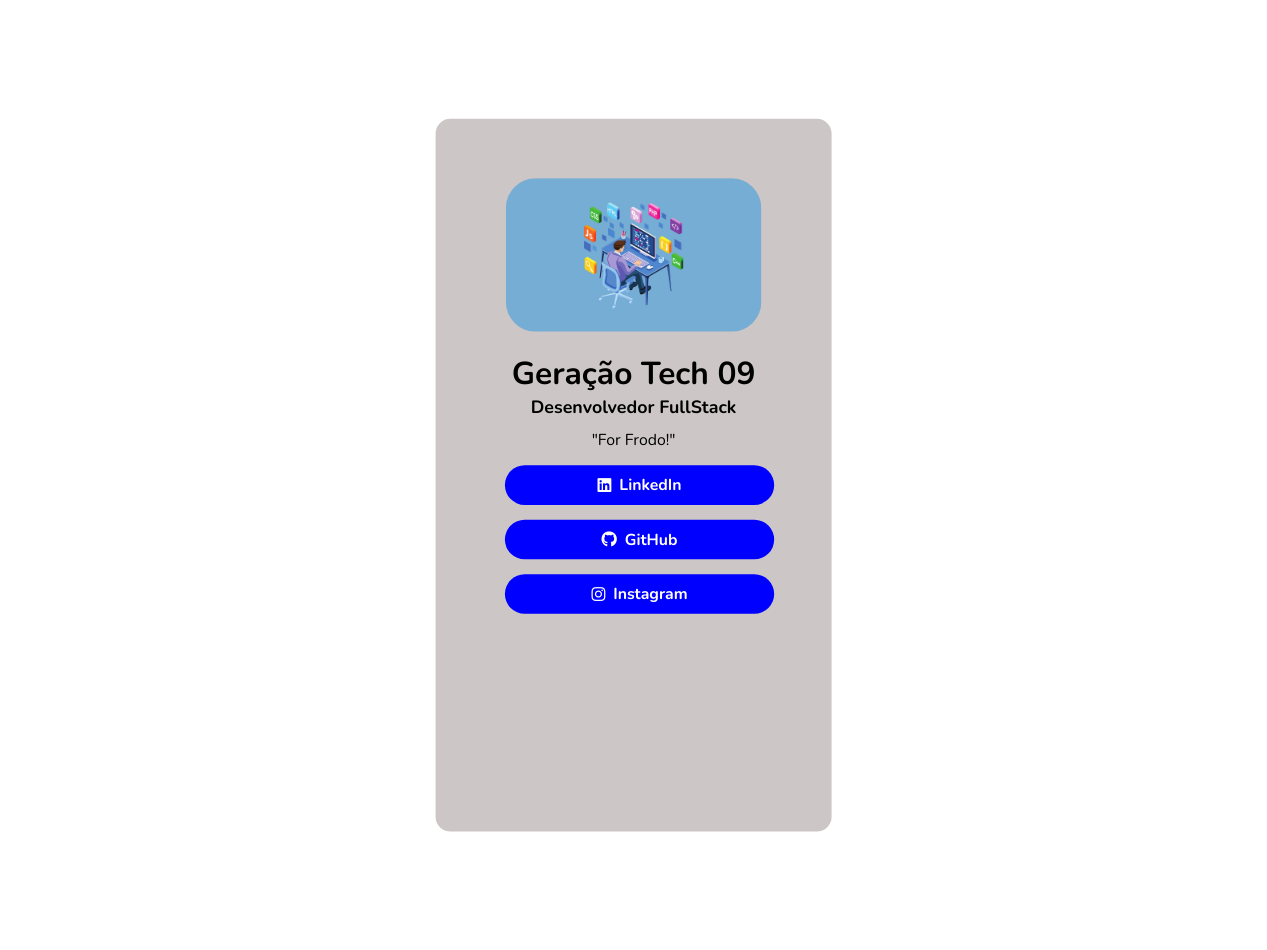
Repository: medeirosregis/linktree-gt09
Page: index.html
The author's editor kept a copy of each file at every save. The page is drawn from the files as they stood at one save, then again after a run of saves.
The browser window is 1280 px wide. The pictures show the whole page, at 99% of full size.

Above is the page before, as saved 2025-04-11 11:26:47.

### index.html
<!DOCTYPE html>
<html lang="pt-br">
<head>
    <meta charset="UTF-8">
    <meta name="viewport" content="width=device-width, initial-scale=1.0">
    <title>Linktree</title>
    <link rel="stylesheet" href="style.css">
    <link rel="preconnect" href="https://fonts.googleapis.com">
    <link rel="preconnect" href="https://fonts.gstatic.com" crossorigin>
    <link href="https://fonts.googleapis.com/css2?family=Nunito:ital,wght@0,200..1000;1,200..1000&display=swap" rel="stylesheet">
    <link rel="stylesheet" href="https://cdnjs.cloudflare.com/ajax/libs/font-awesome/6.5.0/css/all.min.css">
</head>
<body>
    <div class="container-main">
        <div class="container-image">

            <img src="./assets/freelance-work-7308505_1280.png" alt="image-profile"/>
        <div class="container-infos">
            <h1>Geração Tech 09</h1>
            <h2>Desenvolvedor FullStack</h2>
        </div>
        <div class="container-easter-egg">
            <p>"For Frodo!"</p>
        </div>
        <div class="container-social">
            <ul>
             <a href="https://www.linkedin.com/login/pt" target="_blank">
                <li>
                <i class="fa-brands fa-linkedin"></i>
                <p>LinkedIn</p>
                </li>
             </a>
             <a href="https://github.com/medeirosregis" target="_blank">
                <li>
                <i class="fa-brands fa-github"></i>
                <p>GitHub</p>
                </li>
            </a>
             <a href="https://instagram.com/" target="_blank">
                <li>
                <i class="fa-brands fa-instagram"></i>
                <p>Instagram</p>
                </li>
            </a>
            </ul>
        </div>
    </div>
</body>
</html>

### style.css
*{
    font-family: "Nunito", sans-serif;
    margin: 0;
    padding: 0;
    box-sizing: border-box;

}

body {
    background: linear-gradient();
}

.container-main {
    background-color: #ccc6c6;
    width: 400px;
    height: 720px;
    box-sizing: border-box;
    margin: 120px auto;
    padding: 60px 70px;
    border-radius: 15px;
    text-align: center;
}

.container-image {
    margin: 0;

    & img {
        width: 258px;
        border-radius: 30px;
    }
}

.container-infos {
    margin-top: 15px;
    margin-bottom: 10px;
}

.container-infos h1 {
    font-weight: 700px;
}

.container-infos h2 {
    font-weight: 600px;
    font-size: 18px;
}

.container-social ul {
    list-style-type: none;
}

.container-social a {
    text-decoration: none;
    color: white;
}

.container-social {
    margin-top: 0px;
}

.container-social li {
    display: flex;
    justify-content: center;
    gap: 8px;
    align-items: center;
    width: 272px;
    height: 40px;
    background-color: blue;
    margin: 15px 0;
    border-radius: 20px;
    font-weight: 700;
    transition-duration: 0.3s;

    &:hover {
        background-color: crimson;
        transform:scale(1.1)

    }
}

After the next 2 saves:
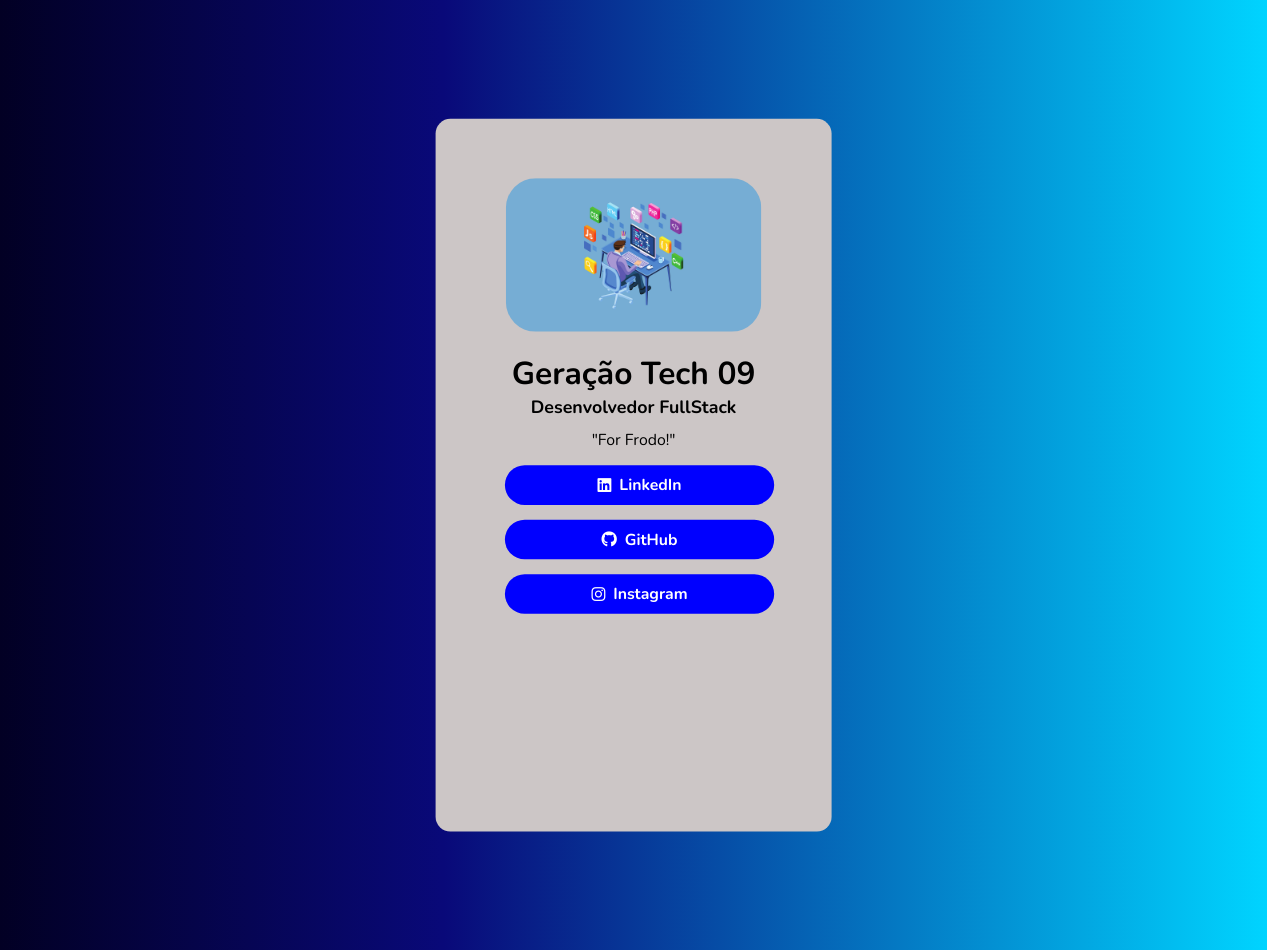
The 2 saves are shown as one change because they came seconds apart.
The last was saved 62 s later.
--- a/style.css
+++ b/style.css
@@ -7,8 +7,7 @@
 }
 
 body {
-    background: linear-gradient();
-}
+    background: linear-gradient(90deg, rgba(2, 0, 36, 1) 0%, rgba(9, 9, 121, 1) 35%, rgba(0, 212, 255, 1) 100%);}
 
 .container-main {
     background-color: #ccc6c6;
